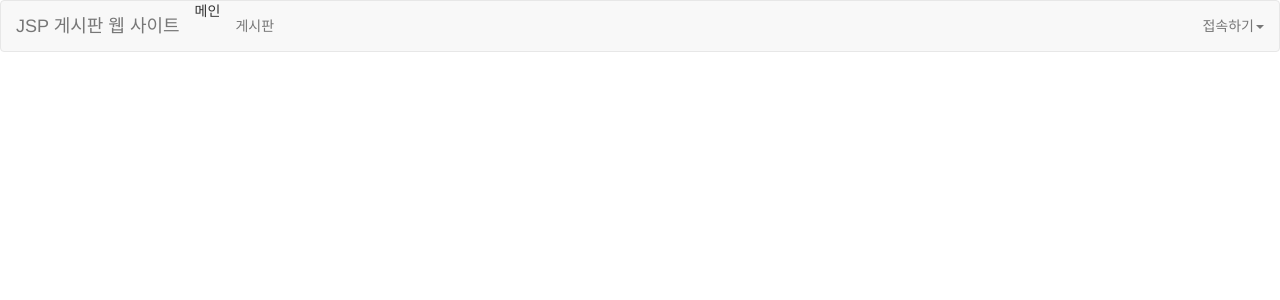
Repository: winter9388/JSP_BBS
Page: http://localhost/BBS/퍋ㅈ.jsp
An editor plug-in stored every save of this project. The page is shown before and after the next save, followed by the edit.
The browser window is 1280 px wide. The pictures show the whole page.
Some web libraries are served in a nearby version. The page is served by Tomcat 9.

Above is the page before, as saved 2022-08-12 11:47:26.

After the next save:
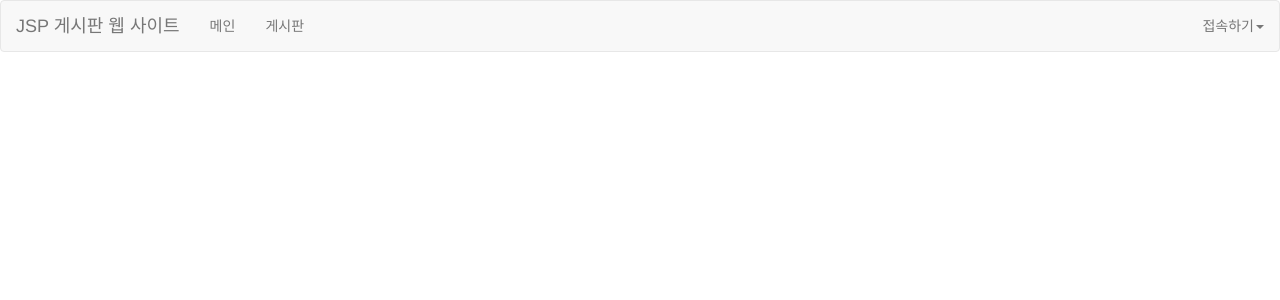
Saved 49 s later.
--- a/BBS/src/main/webapp/퍋ㅈ.jsp
+++ b/BBS/src/main/webapp/퍋ㅈ.jsp
@@ -30,7 +30,7 @@
 		<div class="collapse navbar-collapse" id="bs-example-navbar-collapse-1"
 			aria-expended="false">
 			<ul class="nav navbar-nav">
-				<li><aclass="active" href="main.jsp">메인</a></li>
+				<li><a class="active" href="main.jsp">메인</a></li>
 				<li><a href="bbs.jsp">게시판</a></li>
 			</ul>
 
